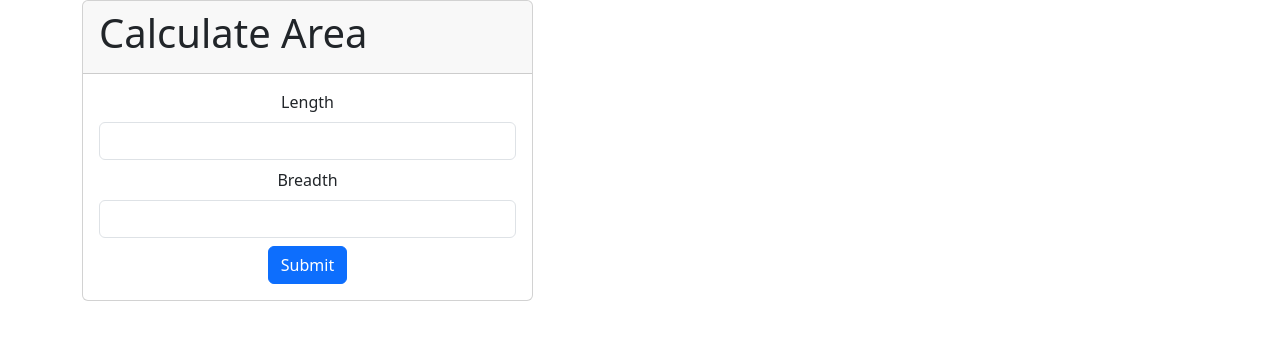
Repository: Laxman-Nath/Servlet_JSP
Page: http://localhost/Area/
An editor plug-in stored every save of this project. The page is shown before and after the next save, followed by the edit.
The browser window is 1280 px wide. The pictures show the whole page.
The page is served by Tomcat 9.

Above is the page before, as saved 2024-09-02 10:49:28.

After the next save:
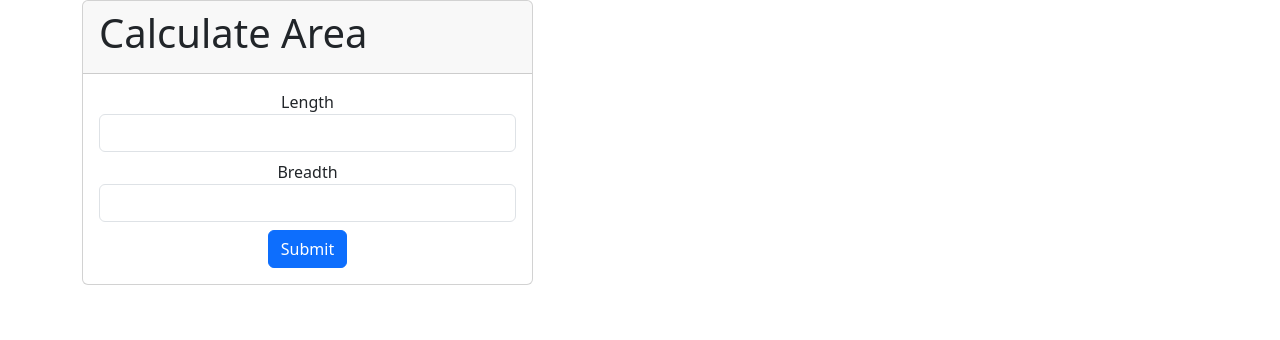
Saved 19 s later.
--- a/Area/src/main/webapp/Area.jsp
+++ b/Area/src/main/webapp/Area.jsp
@@ -20,10 +20,10 @@
     <div class="card-body text-center">
 	<form action="" method="post">
 		<div class="mb-2">
-		<label class="form-label">Length</label><input class="form-control" type="number" name="length">
+		<label class="">Length</label><input class="form-control" type="number" name="length">
 		</div>
 		<div class="mb-2">
-		<label class="form-label">Breadth</label><input class="form-control" type="number" name="breadth">
+		<label class="">Breadth</label><input class="form-control" type="number" name="breadth">
 		</div>
 		<button type="submit" class="btn btn-primary">Submit</button>
 	</form>
